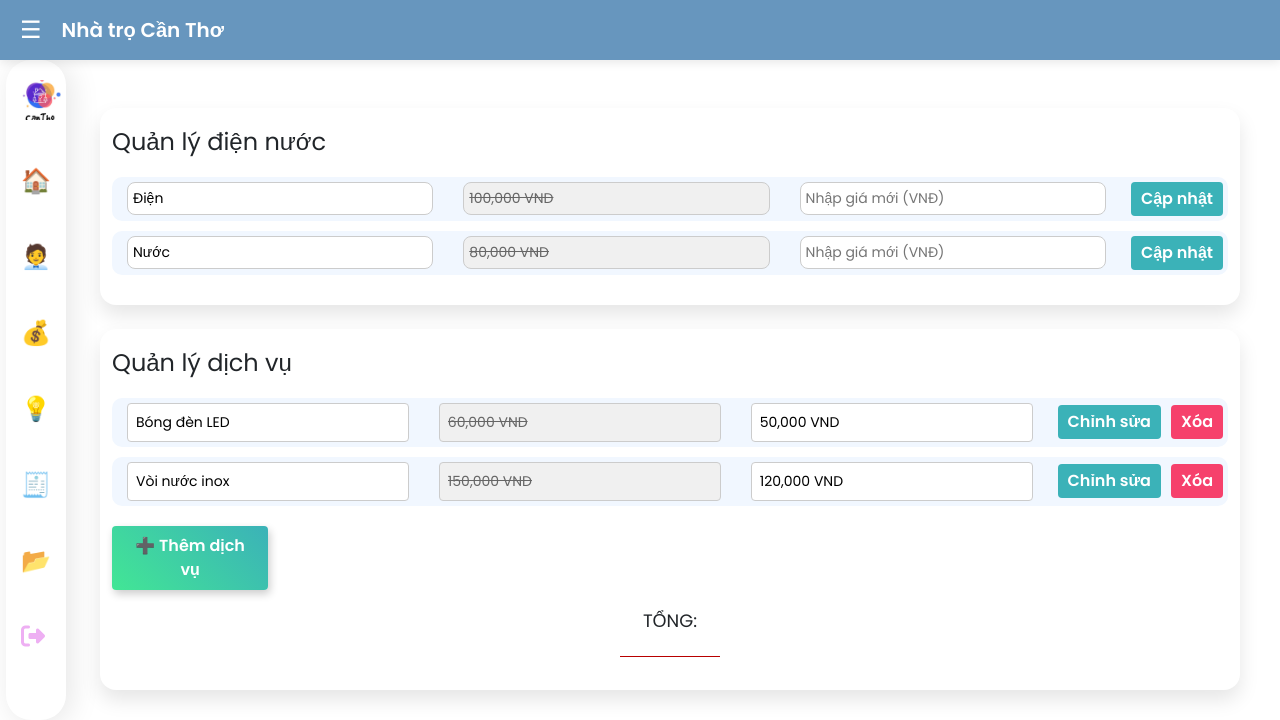
Repository: nhutty0402/DoAn02
Page: HTML/dichvu.html
These files come from the project's save history. The page is drawn as it stood at one moment and after the next save; the edit follows.
The browser window is 1280 px wide. The pictures show the whole page.

Above is the page before, as saved 2025-03-20 23:43:21.

After the next save:
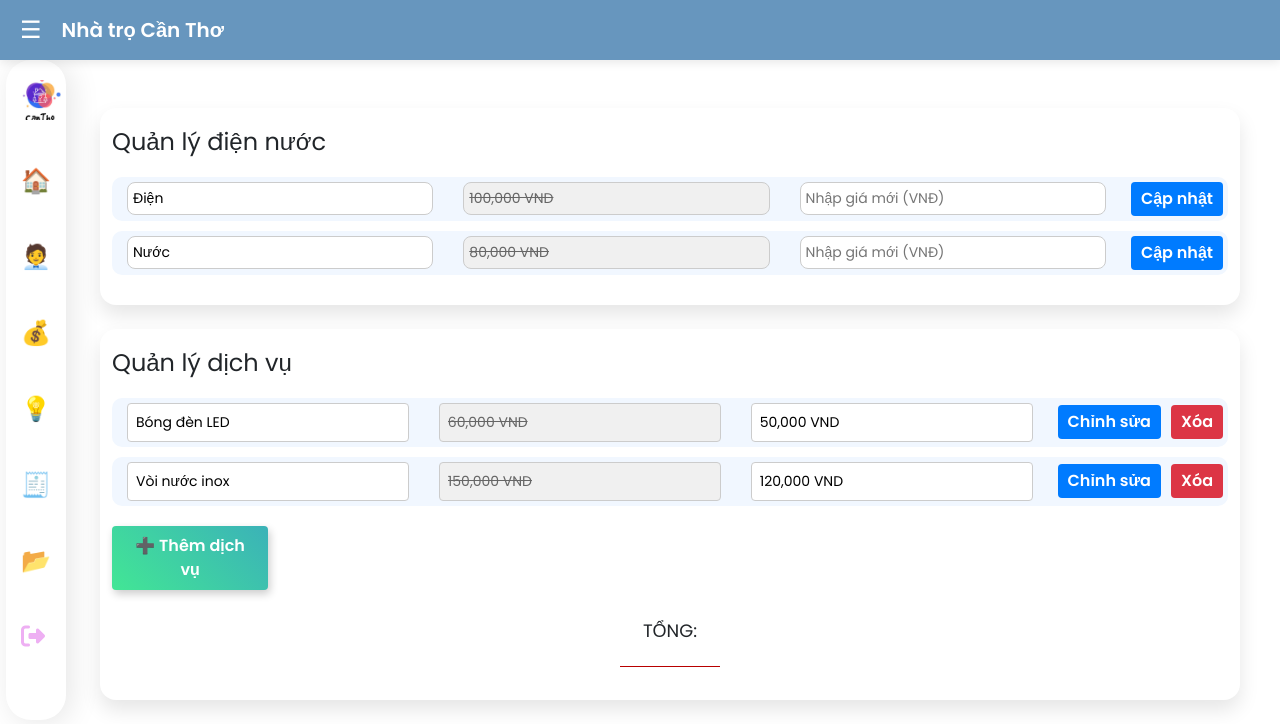
Saved 41 s later.
--- a/CSS/dichvu.css
+++ b/CSS/dichvu.css
@@ -507,7 +507,21 @@
   cursor: pointer;
 }
 
-
+.update-btn {
+  background-color: #007bff;
+  color: white;
+}
+
+.delete-btn {
+  background-color: #dc3545;
+  color: white;
+}
+
+.add-btn {
+  background-color: #28a745;
+  color: white;
+  margin: 10px 0;
+}
 
 .cf-title-01 h6 {
   font-size: 18px;

After the save that followed:
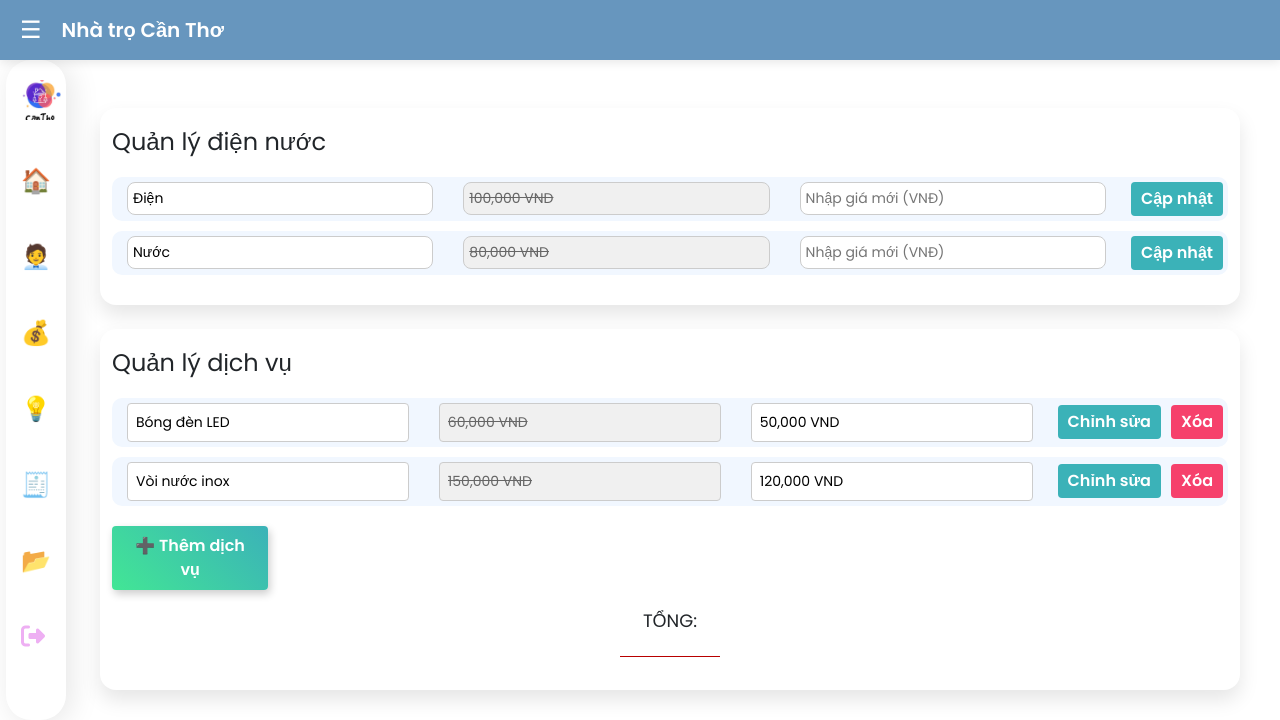
Saved 6 s later.
--- a/CSS/dichvu.css
+++ b/CSS/dichvu.css
@@ -507,21 +507,7 @@
   cursor: pointer;
 }
 
-.update-btn {
-  background-color: #007bff;
-  color: white;
-}
-
-.delete-btn {
-  background-color: #dc3545;
-  color: white;
-}
-
-.add-btn {
-  background-color: #28a745;
-  color: white;
-  margin: 10px 0;
-}
+
 
 .cf-title-01 h6 {
   font-size: 18px;
